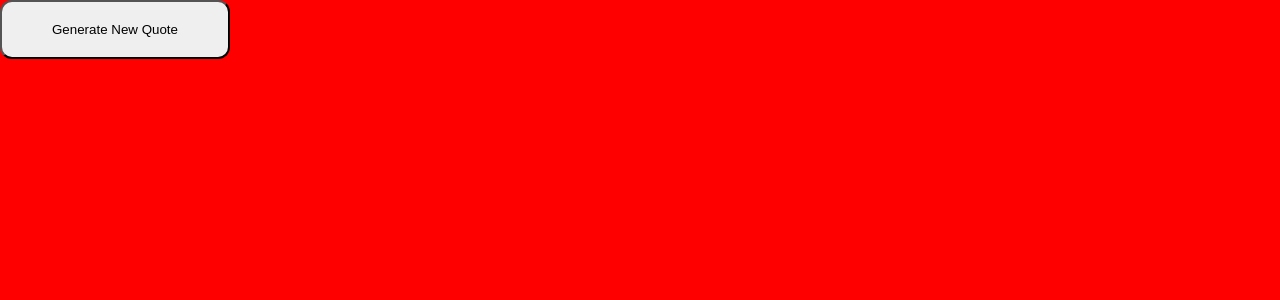
Repository: cakuang1/kanyequotes
Page: /
An editor plug-in stored every save of this project. The page is shown before and after the next save, followed by the edit.
The browser window is 1280 px wide. The pictures show the whole page.
The page's requests for data from a server got no answer. The project was rebuilt for these pictures with package versions that can differ from the ones it lists, and the page was loaded fresh each time. No one was signed in, and anything a server would have sent is missing.

Above is the page before, as saved 2022-07-17 19:42:58.

### src/index.css
* {
    box-sizing: border-box;
    margin: 0;
    padding: 0;
}

body {

    background-color: red;
}


.container {
    background-image: linear-gradient(red, yellow);
    background-color: rgb(201, 76, 76);

}

button {
    border-radius: 12px;
    padding: 20px 50px;



}

### src/App.js
import axios from 'axios';
import React,{useState} from 'react';

const url = 'https://api.kanye.rest'







function Button() {
  function handleSubmit(event) {
    event.preventDefault();
    axios.get(url).then(
      (response) => {
          var result = response.data;
          console.log(result);

      },
      (error) => {
          console.log(error);
      }
  );
}
  return (
    <form onSubmit={handleSubmit}>
    <button type="submit">Generate New Quote</button>
    </form>
);
}


function Text(prop) {
  <div className='text'>
      {prop.text}
  </div>
}





function App() {

  const [text,setText] = useState("");
  axios.get(url)

  return (
    <>
      <Text/>
      <Button/>
    </>
  )
}


export default App;

Loaded but not shown: public/index.html (common file); src/index.js (common file)

After the next save:
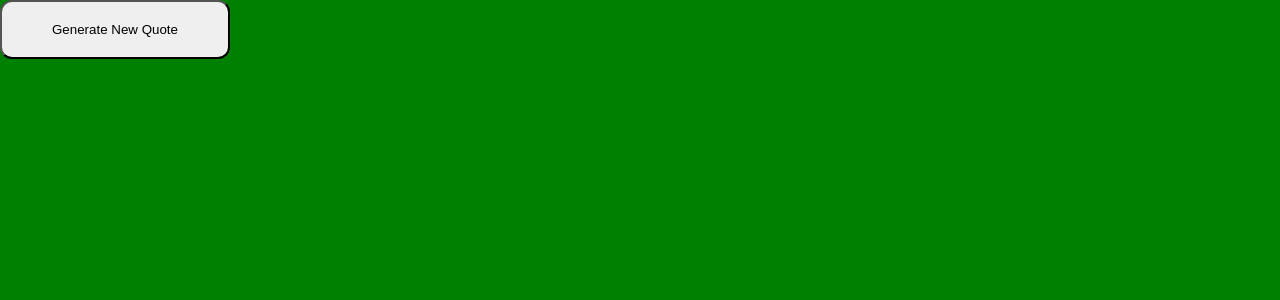
Saved 6 s later.
--- a/src/index.css
+++ b/src/index.css
@@ -6,7 +6,7 @@
 
 body {
 
-    background-color: red;
+    background-color: green;
 }
 
 
